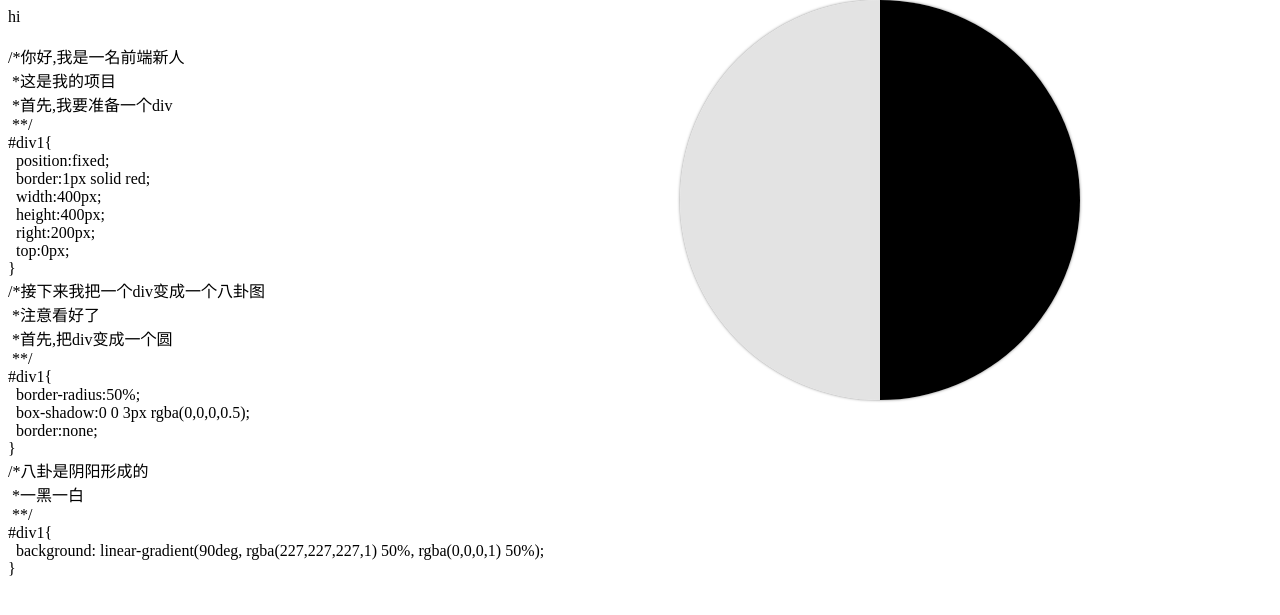
Repository: chenguocan/JS_cv
Page: index.html
These files come from the project's save history. The page is drawn as it stood at one moment and after the next save; the edit follows.
The browser window is 1280 px wide. The pictures show the whole page.

Above is the page before, as saved 2020-07-29 15:31:43.

### index.html
<!DOCTYPE html>
<html lang="en">
  <head>
    <meta charset="UTF-8" />
    <meta name="viewport" content="width=device-width, initial-scale=1.0" />
    <title>Document</title>
  </head>
  <body>
    hi
    <style id="style"></style>
    <div id="demo"></div>
    <div id="div1"></div>
    <script src="./main.js"></script>
  </body>
</html>

### main.js
let demo = document.querySelector("#demo");
let style = document.querySelector("#style");
let n = 0;
//添加注释,才不会影响CSS的样式。
let string = `
/*你好,我是一名前端新人
 *这是我的项目
 *首先,我要准备一个div
 **/
#div1{
  position:fixed;
  border:1px solid red;
  width:400px;
  height:400px;
  right:200px;
  top:0px;
}
/*接下来我把一个div变成一个八卦图
 *注意看好了
 *首先,把div变成一个圆
 **/
#div1{
  border-radius:50%;
  box-shadow:0 0 3px rgba(0,0,0,0.5);
  border:none;
}
/*八卦是阴阳形成的
 *一黑一白
 **/
#div1{
  background: linear-gradient(90deg, rgba(227,227,227,1) 50%, rgba(0,0,0,1) 50%);
}
`;
let string2 = "";
// string = string.replace(/\n/g, "<br>"); //正则表达式表示所有回车。
let step = () => {
  setTimeout(() => {
    //如果string等于回车,通过<br>来处理
    if (string[n] === "\n") {
      string2 += "<br>";
    } else if (string[n] === " ") {
      string2 += "&nbsp;";
    } else {
      string2 += string[n];
    }
    demo.innerHTML = string2;
    style.innerHTML = string.substring(0, n);
    if (n < string.length - 1) {
      n += 1;
      step();
    }
  }, 10);
};
step();

After the next save:
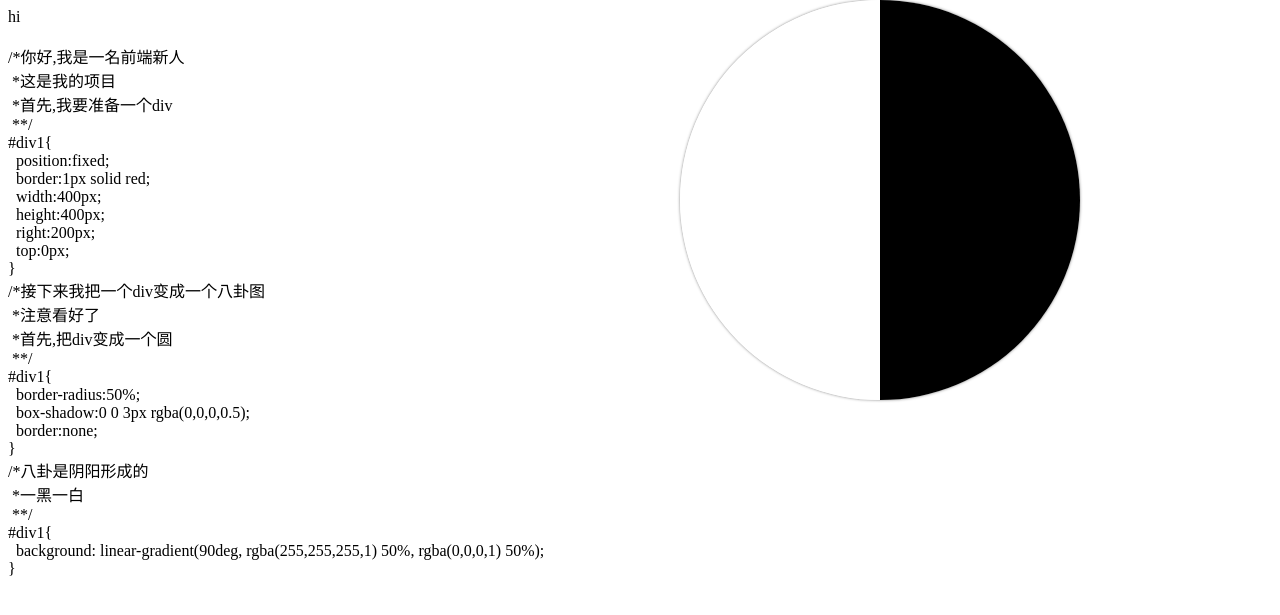
Saved 42 s later.
--- a/main.js
+++ b/main.js
@@ -28,7 +28,7 @@
  *一黑一白
  **/
 #div1{
-  background: linear-gradient(90deg, rgba(227,227,227,1) 50%, rgba(0,0,0,1) 50%);
+  background: linear-gradient(90deg, rgba(255,255,255,1) 50%, rgba(0,0,0,1) 50%);
 }
 `;
 let string2 = "";
